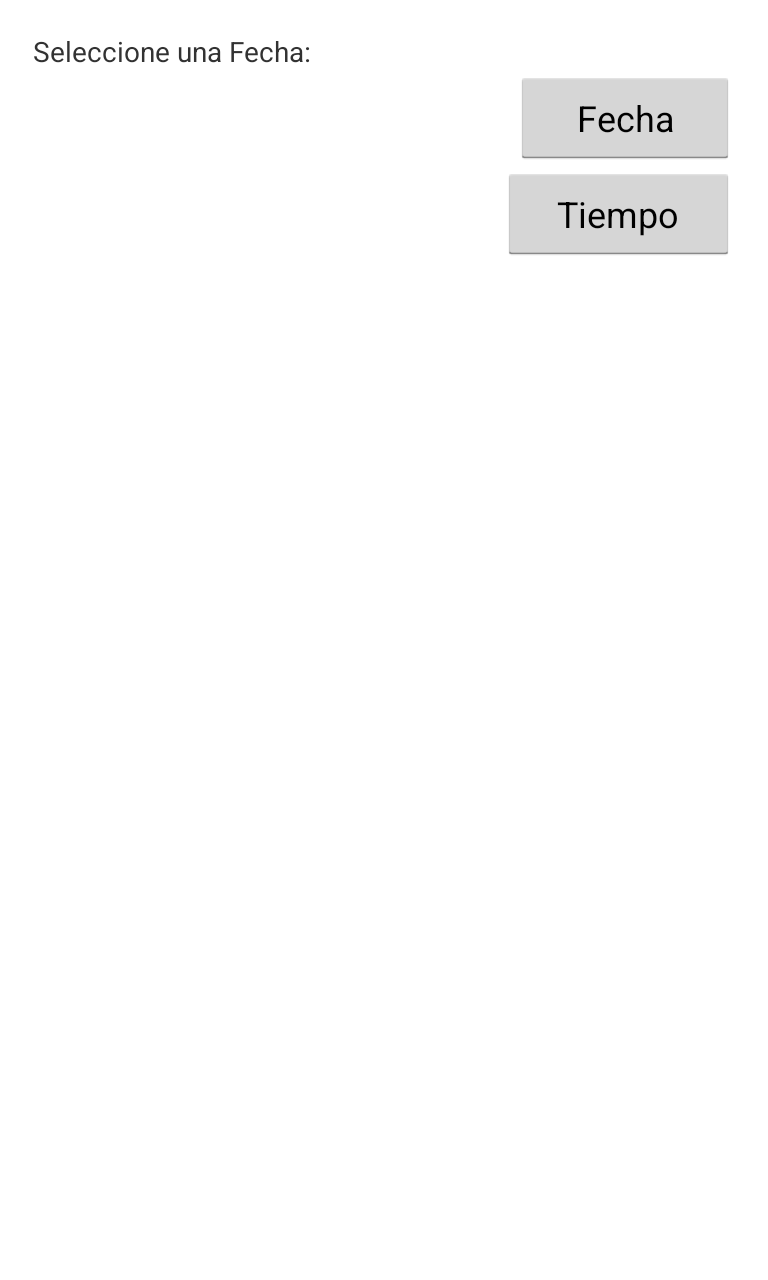
Repository: G3rcar/Android-I
Layout: Clase09DatePicker/res/layout/activity_main.xml
These files come from the project's save history. The layout is drawn as it stood at one moment and after the next save; the edit follows.
It is drawn on a 768 x 1280 px phone screen (xhdpi) without system bars, with theme AppTheme; the app's code is not run.

Above is the layout before, as saved 2013-11-06 13:51:43.

### Clase09DatePicker/res/layout/activity_main.xml
<TableLayout xmlns:android="http://schemas.android.com/apk/res/android"
    xmlns:tools="http://schemas.android.com/tools"
    android:id="@+id/TableLayout1"
    android:layout_width="match_parent"
    android:layout_height="match_parent"
    android:paddingBottom="@dimen/activity_vertical_margin"
    android:paddingLeft="@dimen/activity_horizontal_margin"
    android:paddingRight="@dimen/activity_horizontal_margin"
    android:paddingTop="@dimen/activity_vertical_margin"
    tools:context=".MainActivity" >

    <TableRow
        android:id="@+id/tableRow1"
        android:layout_width="match_parent"
        android:layout_height="wrap_content" >

        <TextView
            android:id="@+id/textView1"
            android:layout_width="match_parent"
            android:layout_height="wrap_content"
            android:gravity="center"
            android:text="@string/lblselecdate" />

    </TableRow>

    <TableRow
        android:id="@+id/tableRow2"
        android:layout_width="wrap_content"
        android:layout_height="wrap_content" >

        <TextView
            android:id="@+id/txtDate"
            android:layout_width="0dp"
            android:layout_weight="2"
            android:layout_marginLeft="20dp"
            android:layout_height="wrap_content" />

        <Button
            android:id="@+id/btnDate"
            android:layout_width="0dp"
            android:layout_height="wrap_content"
            android:layout_weight="1"
            android:text="@string/btnDate" />

    </TableRow>

    <TableRow
        android:id="@+id/tableRow3"
        android:layout_width="wrap_content"
        android:layout_height="wrap_content" >

        <TextView
            android:id="@+id/txtTime"
            android:layout_width="0dp"
            android:layout_height="wrap_content"
            android:layout_weight="2" />

        <Button
            android:id="@+id/btnTime"
            android:layout_width="0dp"
            android:layout_height="wrap_content"
            android:layout_weight="1"
            android:text="@string/btnTime" />

    </TableRow>

</TableLayout>

### Clase09DatePicker/res/values/strings.xml
<?xml version="1.0" encoding="utf-8"?>
<resources>

    <string name="app_name">Clase09</string>
    <string name="action_settings">Settings</string>
    <string name="hello_world">Hello world!</string>
    <string name="btnDate">Fecha</string>
    <string name="btnTime">Tiempo</string>
    <string name="lblselecdate">Seleccione una Fecha:</string>

</resources>

Loaded but not shown: Clase09DatePicker/res/values/styles.xml (common file); Clase09DatePicker/res/values-v11/styles.xml (common file); Clase09DatePicker/res/values-v14/styles.xml (common file); Clase09DatePicker/res/values/dimens.xml (common file)

After the next save:
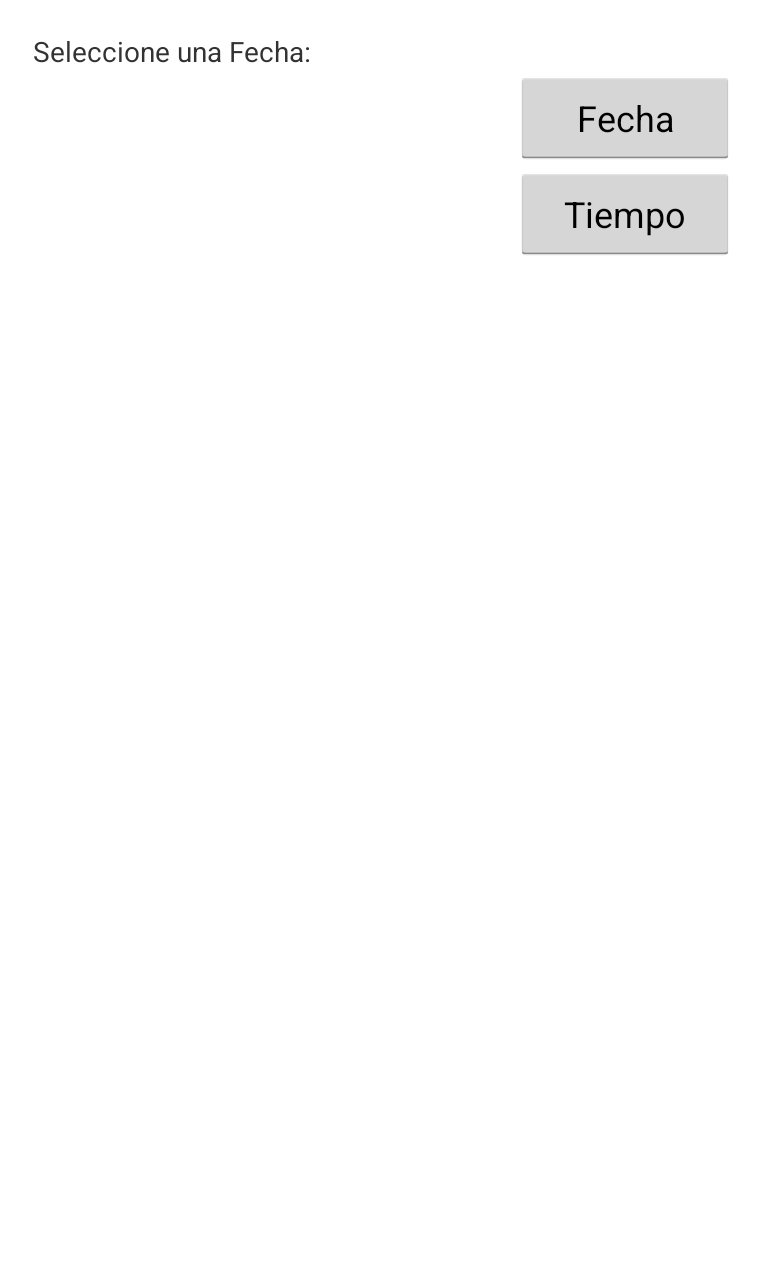
Saved 90 s later.
--- a/Clase09DatePicker/res/layout/activity_main.xml
+++ b/Clase09DatePicker/res/layout/activity_main.xml
@@ -53,7 +53,8 @@
             android:id="@+id/txtTime"
             android:layout_width="0dp"
             android:layout_height="wrap_content"
-            android:layout_weight="2" />
+            android:layout_weight="2"
+            android:layout_marginLeft="20dp" />
 
         <Button
             android:id="@+id/btnTime"
